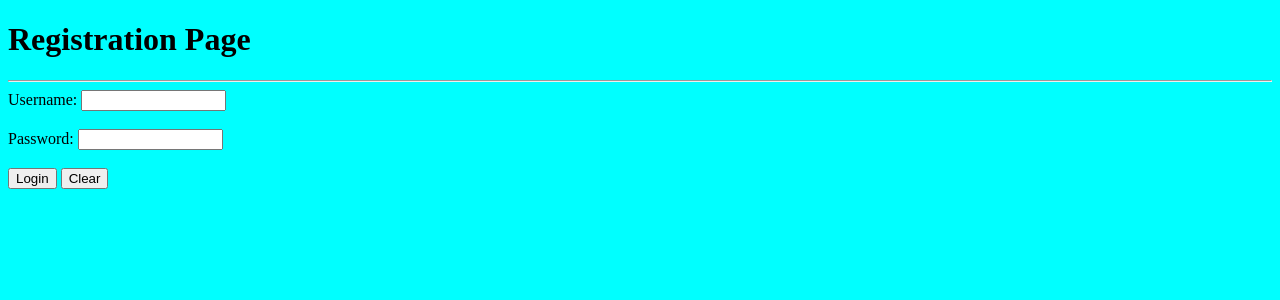
Repository: KAVYADINDI/Day10
Page: LoginApp/WebContent/registration.html
An editor plug-in stored every save of this project. The page is shown before and after the next save, followed by the edit.
The browser window is 1280 px wide. The pictures show the whole page.

Above is the page before, as saved 2018-09-05 10:25:32.

### LoginApp/WebContent/registration.html
<!DOCTYPE html>
<html>
<head>
<meta charset="ISO-8859-1">
<title>Insert title here</title>
</head>
<body bgcolor="cyan">
	<h1>Registration Page</h1>
	<hr>
	<form action="register" method="post">
		<label>Username:</label>
		<input type="text" name="username" size="15" />
		<br>
		<br>
		<label>Password:</label>
		<input type="password" name="password" size="15" />
			<br> <br>
			<input type="submit" value="Login" />
			<input type="reset" value="Clear" />
			<br><br>
 	</form>
</body>
</html>

After the next save:
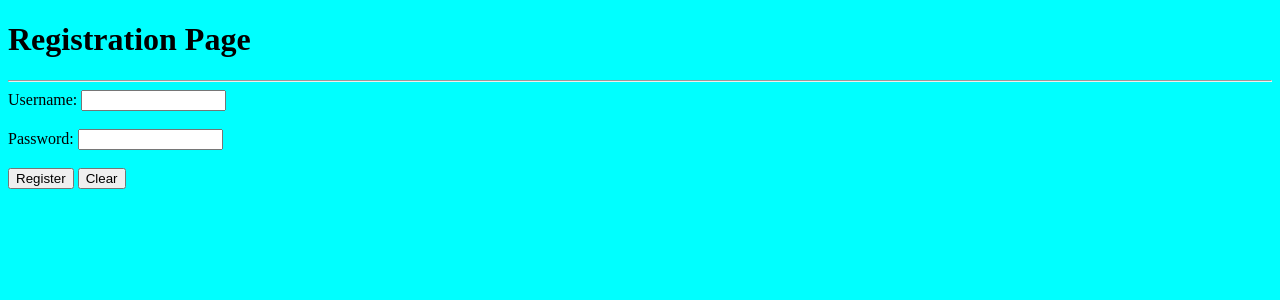
Saved 43 s later.
--- a/LoginApp/WebContent/registration.html
+++ b/LoginApp/WebContent/registration.html
@@ -15,9 +15,8 @@
 		<label>Password:</label>
 		<input type="password" name="password" size="15" />
 			<br> <br>
-			<input type="submit" value="Login" />
+			<input type="submit" value="Register" />
 			<input type="reset" value="Clear" />
-			<br><br>
  	</form>
 </body>
 </html>
